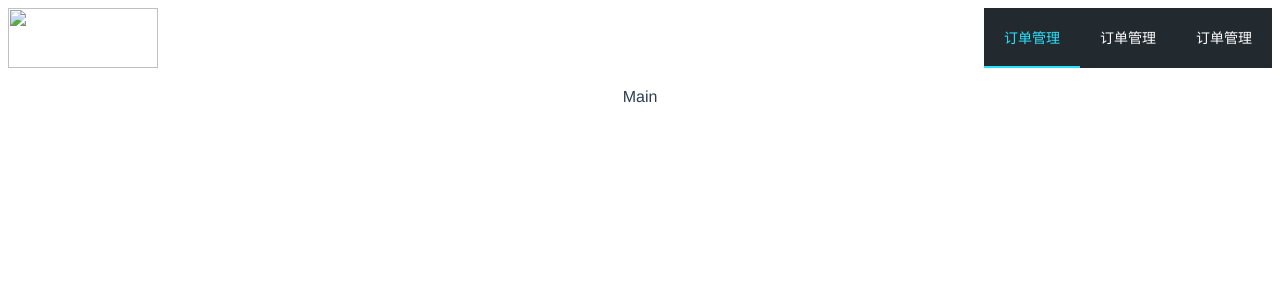
Repository: TheWomanLiketheWind/woodpecker
Page: /
These files come from the project's save history. The page is drawn as it stood at one moment and after the next save; the edit follows.
The browser window is 1280 px wide. The pictures show the whole page.
The project was rebuilt for these pictures with package versions that can differ from the ones it lists, and the page was loaded fresh each time. Imported but missing from the stored project, and not drawn on this page: src/views/About.vue.

Above is the page before, as saved 2019-07-25 14:58:11.

### public/index.html
<!DOCTYPE html>
<html lang="en">
  <head>
    <meta charset="utf-8">
    <meta http-equiv="X-UA-Compatible" content="IE=edge">
    <meta name="viewport" content="width=device-width,initial-scale=1.0">
    <link rel="icon" href="<%= BASE_URL %>favicon.ico">
    <title>woodpecker</title>
  </head>
  <body>
    <noscript>
      <strong>We're sorry but woodpecker doesn't work properly without JavaScript enabled. Please enable it to continue.</strong>
    </noscript>
    <div id="app"></div>
    <!-- built files will be auto injected -->
  </body>
</html>

### src/App.vue
<template>
  <div id="app">
    <router-view />
  </div>
</template>

<style lang="scss">
#app {
  font-family: "Avenir", Helvetica, Arial, sans-serif;
  -webkit-font-smoothing: antialiased;
  -moz-osx-font-smoothing: grayscale;
  text-align: center;
  color: #2c3e50;
  .el-header {
    padding: 0;
    display: flex;
    justify-content: space-between;
  }
}
#nav {
  padding: 30px;
  a {
    font-weight: bold;
    color: #2c3e50;
    &.router-link-exact-active {
      color: #42b983;
    }
  }
}
</style>

### src/views/Home.vue
<template>
  <el-container>
    <el-header class="headerAll"><img src=""
           class="headImage">
      <el-menu :default-active="activeIndex"
               class="el-menu-demo"
               mode="horizontal"
               background-color="#222a30"
               text-color="#fff"
               active-text-color="#29e2fe"
               @select="handleSelect">
        <el-menu-item v-for="(item, index) in menuList"
                      :key="index"
                      :index="item.index">{{item.name}}</el-menu-item>
      </el-menu>
    </el-header>
    <!-- <Head msg="Welcome to Your Vue.js + TypeScript App"></Head> -->
    <el-main>Main</el-main>
  </el-container>
  <!-- <div class="home">
    <img alt="Vue logo" src="../assets/logo.png">
    <HelloWorld msg="Welcome to Your Vue.js + TypeScript App"/>
  </div> -->

</template>

<script lang="ts">
import { Component, Vue } from "vue-property-decorator";
import Head from "@/components/Head.vue"; // @ is an alias to /src

@Component({
  components: {
    Head
  }
})
export default class Home extends Vue {
  data() {
    return {
      activeIndex: "1",
      menuList: [
        {
          name: "订单管理",
          index: "1",
          link: ""
        },
        {
          name: "订单管理",
          index: "2",
          link: ""
        },
        {
          name: "订单管理",
          index: "3",
          link: ""
        }
      ]
    };
  }

  private handleSelect(key: any, keyPath: any) {
    console.log(key, keyPath);
  }
}
</script>

### src/components/Head.vue
<template>
  <el-header class="headerAll">
    <img src=""
         class="headImage">
    <el-menu :default-active="activeIndex"
             class="el-menu-demo"
             mode="horizontal"
             background-color="#222a30"
             text-color="#fff"
             active-text-color="#29e2fe"
             @select="handleSelect">
      <el-menu-item v-for="(item, index) in menuList"
                    :key="index"
                    :index="item.index">{{item.name}}</el-menu-item>
    </el-menu>
  </el-header>
</template>

<script lang="ts">
import { Component, Prop, Vue } from "vue-property-decorator";

@Component
export default class Head extends Vue {
  @Prop() private msg!: string;
  data() {
    return {
      activeIndex: "1",
      menuList: [
        {
          name: "订单管理",
          index: "1",
          link: ""
        },
        {
          name: "订单管理",
          index: "2",
          link: ""
        },
        {
          name: "订单管理",
          index: "3",
          link: ""
        }
      ]
    };
  }

  private handleSelect(key: any, keyPath: any) {
    console.log(key, keyPath);
  }
}
</script>

<style lang="scss">
.headerAll {
  .headImage {
    width: 150px;
    height: 100%;
  }
}
</style>

Loaded but not shown: src/main.ts (common file); src/router.ts (common file); src/store.ts (common file)

After the next save:
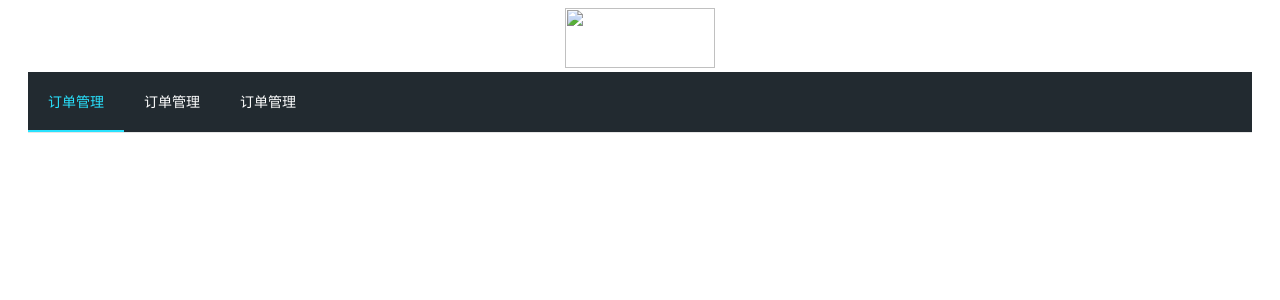
Saved 25 s later.
--- a/src/App.vue
+++ b/src/App.vue
@@ -12,9 +12,9 @@
   text-align: center;
   color: #2c3e50;
   .el-header {
-    padding: 0;
-    display: flex;
-    justify-content: space-between;
+    // padding: 0;
+    // display: flex;
+    // justify-content: space-between;
   }
 }
 #nav {

After the save that followed:
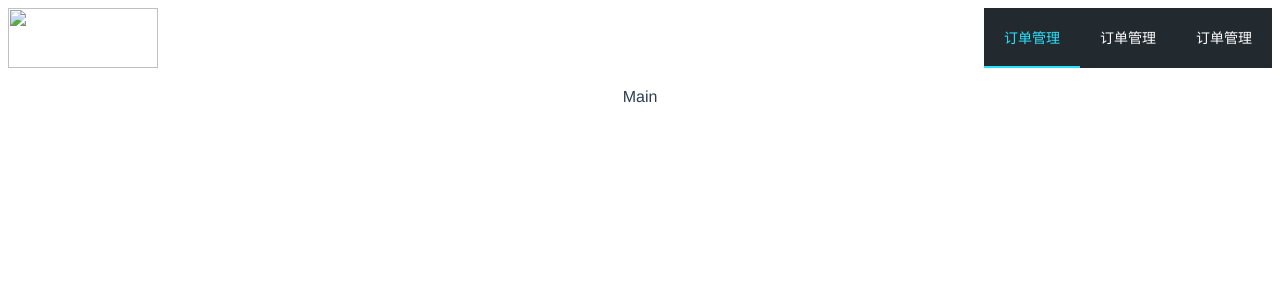
Saved 17 s later.
--- a/src/App.vue
+++ b/src/App.vue
@@ -12,9 +12,9 @@
   text-align: center;
   color: #2c3e50;
   .el-header {
-    // padding: 0;
-    // display: flex;
-    // justify-content: space-between;
+    padding: 0;
+    display: flex;
+    justify-content: space-between;
   }
 }
 #nav {
